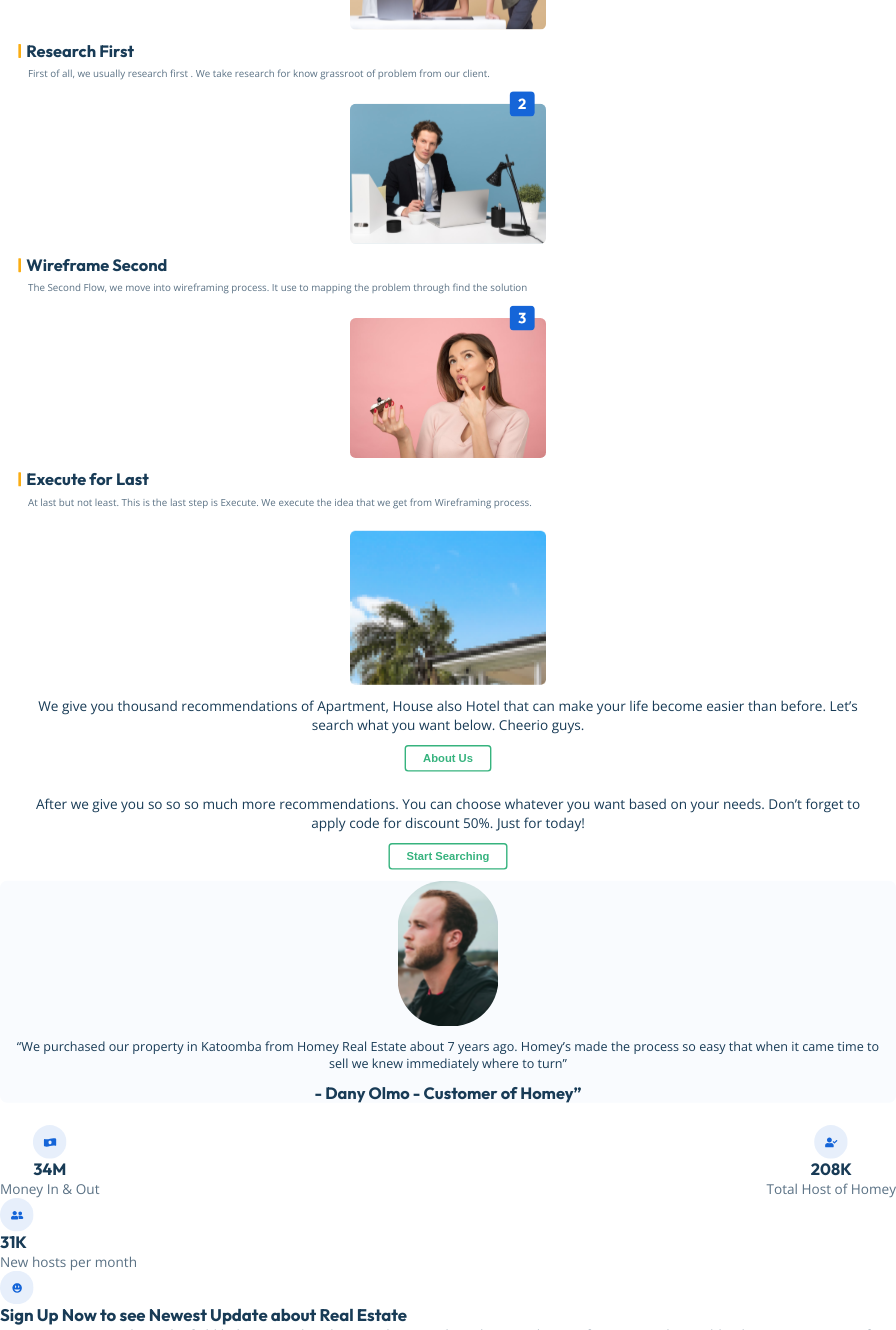
Repository: gustavoRichardt/prova-front
Page: index.html
The author's editor kept a copy of each file at every save. The page is drawn from the files as they stood at one save, then again after a run of saves.
The browser window is 1280 px wide. The pictures show the part of the page from y = 2876 to 4776 px (the page is 5663 px tall), at 70% of full size.
A picture or video elsewhere on the page could not be fetched, so the positions and the page height are approximate.

Above is the page before, as saved 2026-09-01 15:03:19.

After the next 3 saves:
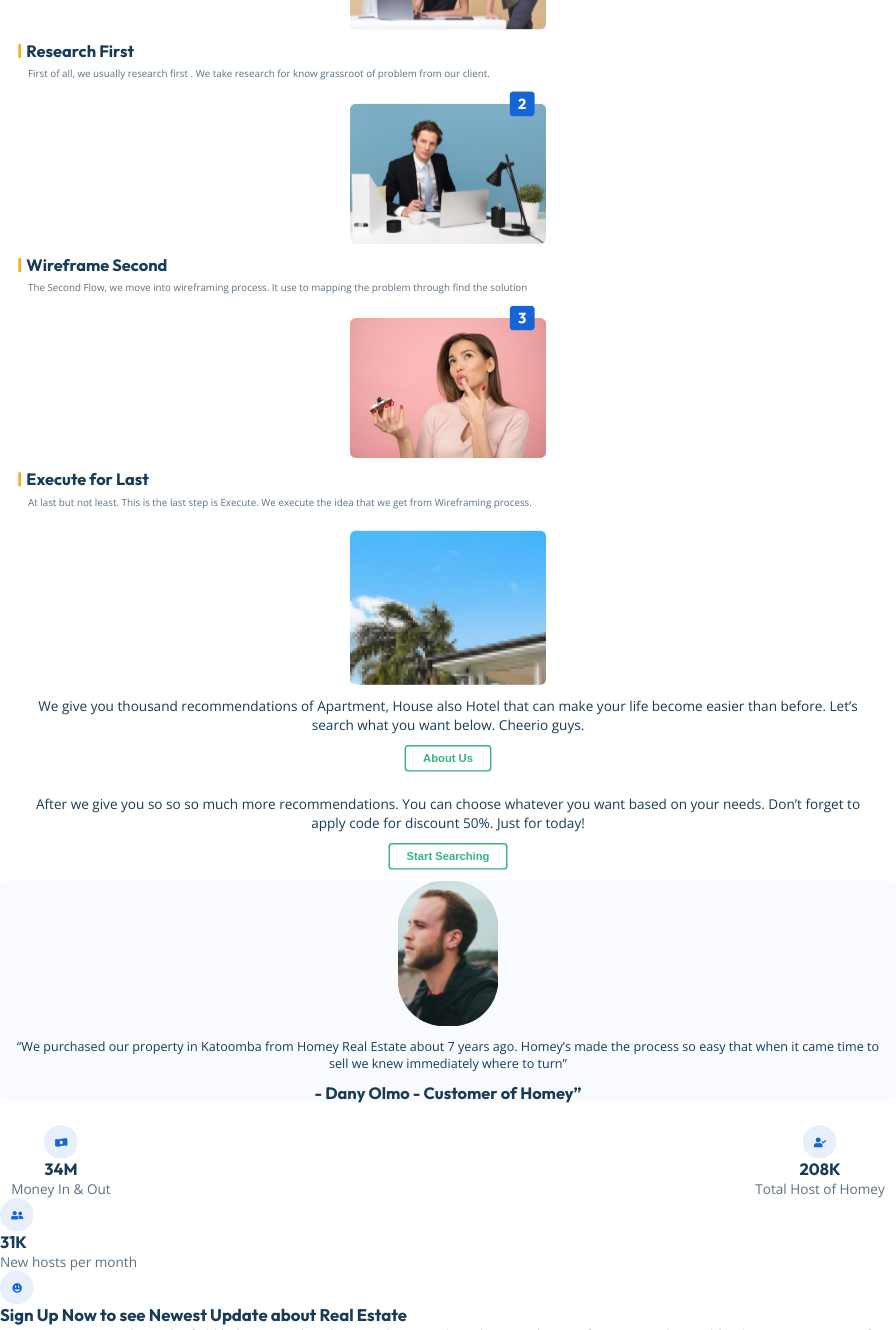
The 3 saves are shown as one change because they came seconds apart.
The last was saved 12 s later.
--- a/style.css
+++ b/style.css
@@ -429,4 +429,6 @@
 .conjunto-dados1 {
     display: flex;
    justify-content: space-between;
-}
+   margin-left: 1rem;
+   margin-right: 1rem;
+}
